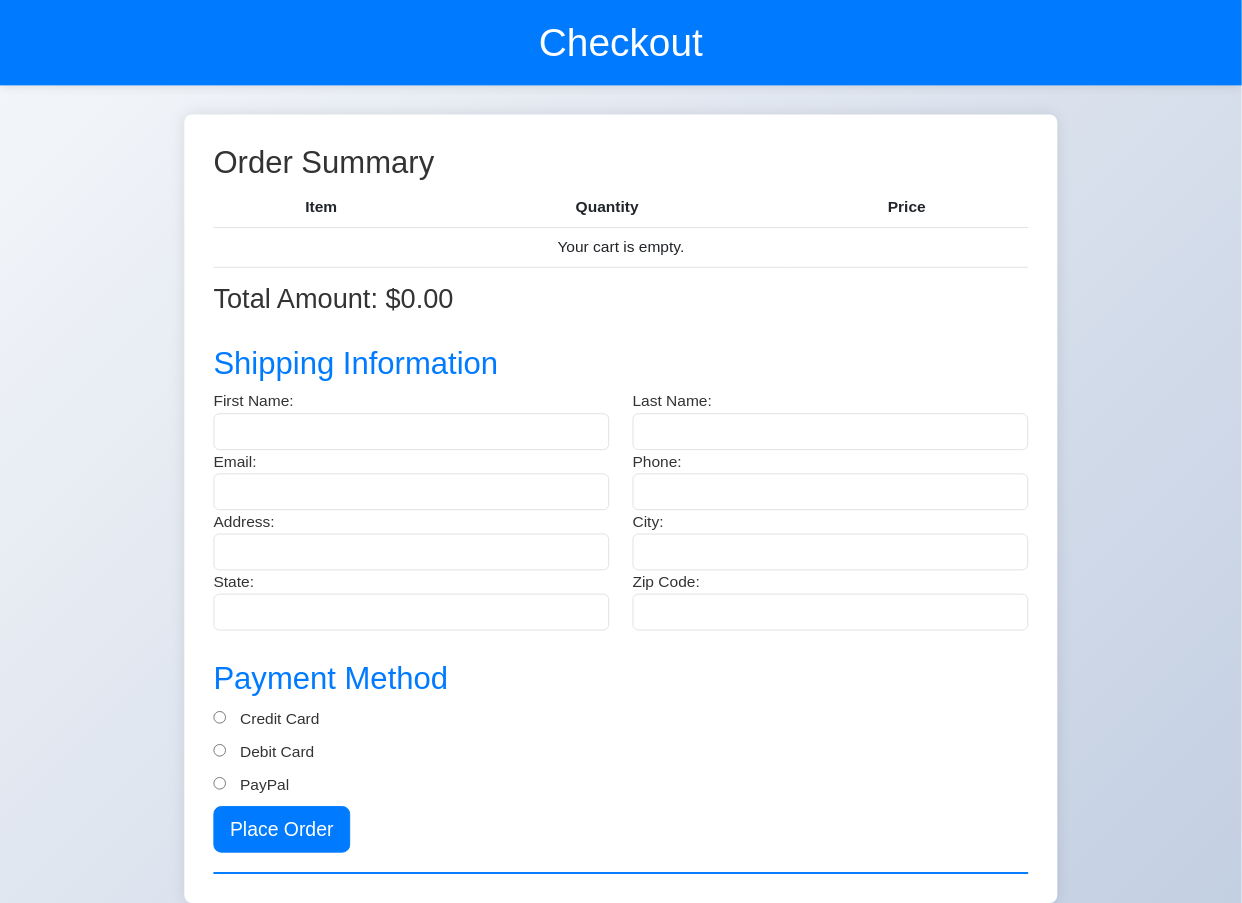
Repository: Masood395/Food-App
Page: http://localhost/FoodApp/checkout.jsp
An editor plug-in stored every save of this project. The page is shown before and after the next save, followed by the edit.
The browser window is 1280 px wide. The pictures show the whole page, at 97% of full size.
The page is served by Tomcat 9.

Above is the page before, as saved 2024-11-18 17:24:49.

After the next save:
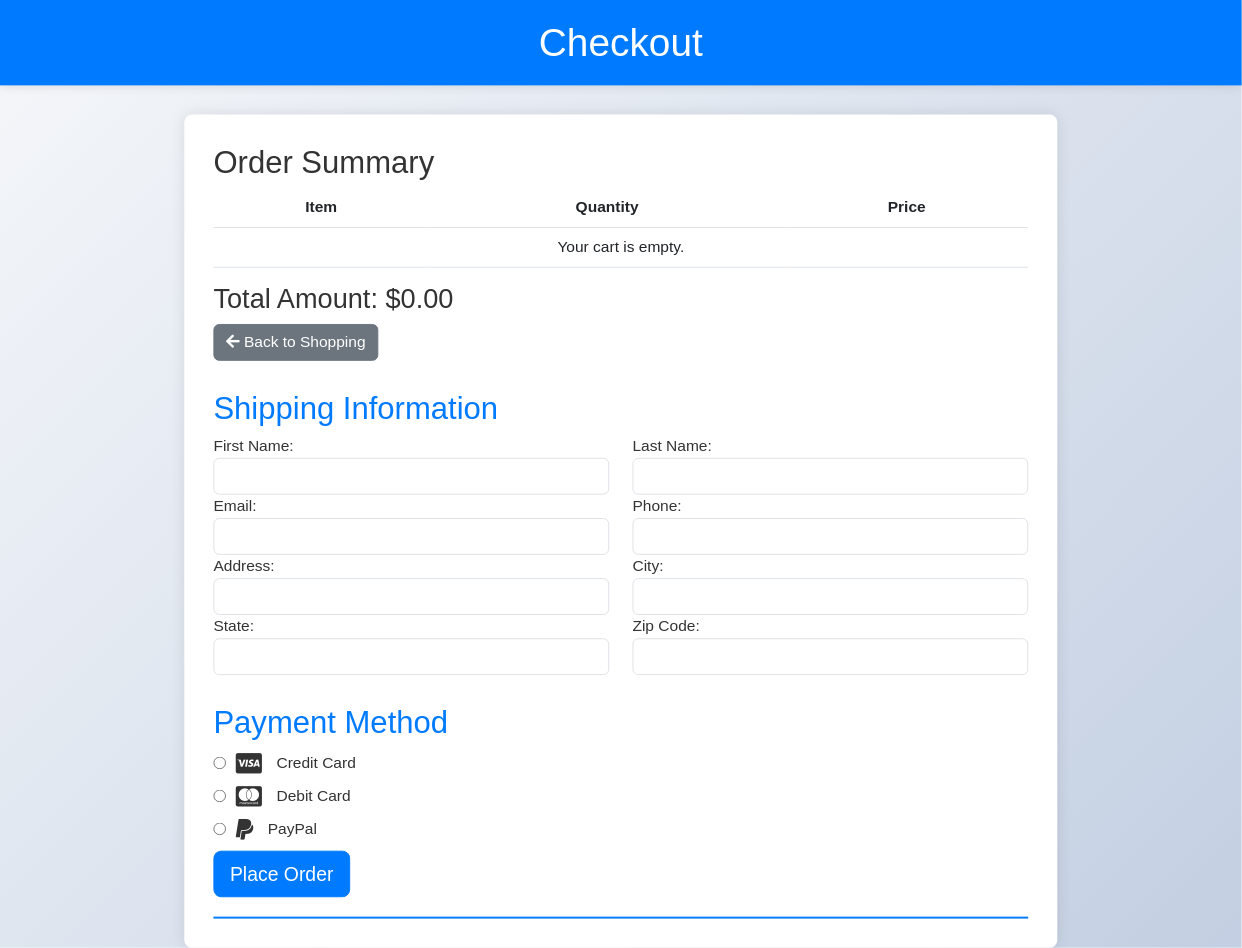
Saved 4 min 11 s later.
--- a/FoodApp/src/main/webapp/checkout.jsp
+++ b/FoodApp/src/main/webapp/checkout.jsp
@@ -185,13 +185,30 @@
             border-color: #0056b3;
         }
 
+        .btn-back {
+            background-color: #6c757d;
+            border-color: #6c757d;
+            color: white;
+        }
+
+        .btn-back:hover {
+            background-color: #5a6268;
+            border-color: #5a6268;
+        }
+
         .payment-method label {
-            display: block;
+            display: flex;
+            align-items: center;
             margin: 10px 0;
         }
 
         .payment-method input[type="radio"] {
             margin-right: 10px;
+        }
+
+        .payment-method i {
+            font-size: 1.5em;
+            margin-right: 15px;
         }
 
         /* Animation */
@@ -269,6 +286,11 @@
         <h3>Total Amount: $<%= String.format("%.2f", totalAmount) %></h3>
     </div>
 
+    <!-- Back Button -->
+    <div class="mb-3">
+        <a href="home.jsp" class="btn btn-back"><i class="fas fa-arrow-left"></i> Back to Shopping</a>
+    </div>
+
     <!-- Shipping Information -->
     <div class="form-section">
         <h2>Shipping Information</h2>
@@ -321,13 +343,16 @@
             <h2>Payment Method</h2>
             <div class="payment-method">
                 <label>
-                    <input type="radio" name="paymentMethod" value="creditCard" required> Credit Card
+                    <input type="radio" name="paymentMethod" value="creditCard" required>
+                    <i class="fab fa-cc-visa"></i> Credit Card
                 </label>
                 <label>
-                    <input type="radio" name="paymentMethod" value="debitCard"> Debit Card
+                    <input type="radio" name="paymentMethod" value="debitCard">
+                    <i class="fab fa-cc-mastercard"></i> Debit Card
                 </label>
                 <label>
-                    <input type="radio" name="paymentMethod" value="paypal"> PayPal
+                    <input type="radio" name="paymentMethod" value="paypal">
+                    <i class="fab fa-paypal"></i> PayPal
                 </label>
             </div>
 
